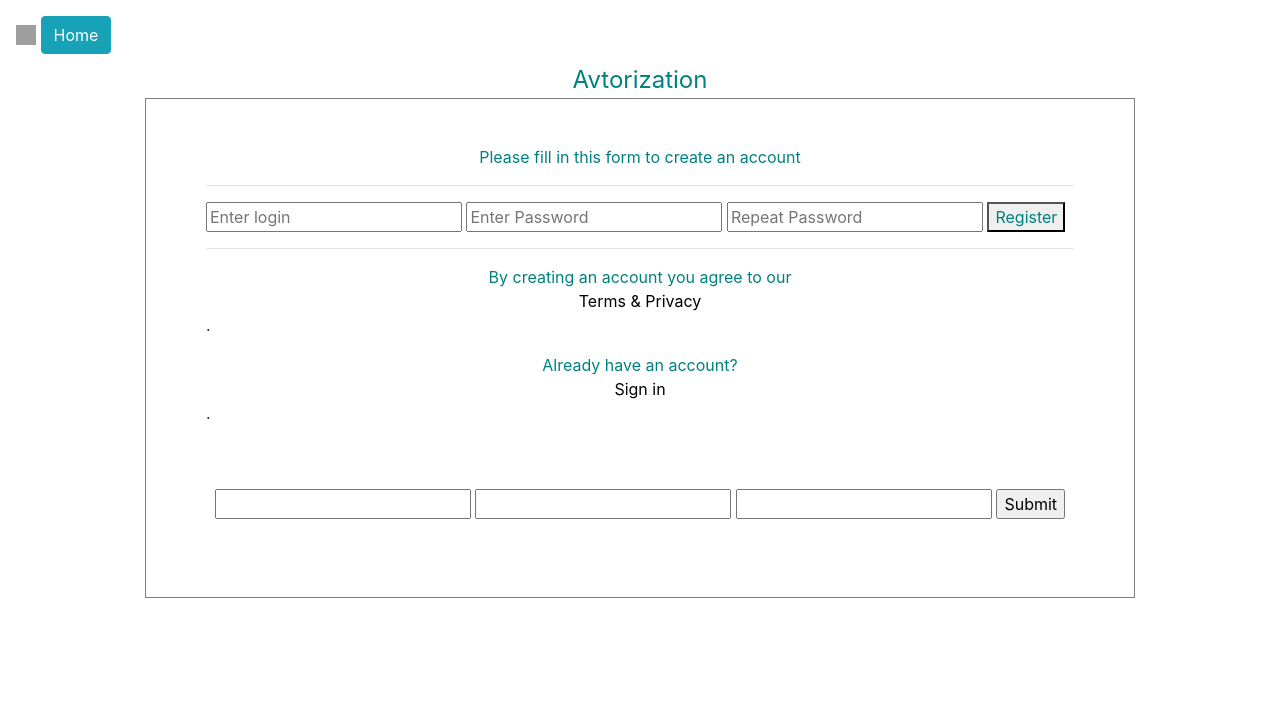
Repository: Serpaton/Work-place
Page: http://localhost/registration
These files come from the project's save history. The page is drawn as it stood at one moment and after the next save; the edit follows.
The browser window is 1280 px wide. The pictures show the whole page.
Pictures or frames that could not be fetched are drawn as grey boxes. The page is this project's Thymeleaf template; nobody is signed in. The template is opened directly, without the code that normally fills it, so the values that code supplies are empty.

Above is the page before, as saved 2020-02-24 22:30:58.
Console error: TypeError: Cannot read properties of undefined (reading 'fn')

### My projects/NewsBlogg/NewsBlogg/src/main/resources/templates/registration.html
<!DOCTYPE html>
<html lang="en" xmlns:th="http://www.thymeleaf.org">
<head>
    <meta charset="utf-8">
    <meta name="viewport" content="width=device-width, initial-scale=1, shrink-to-fit=no">

    <title>Login</title>

    <link rel="stylesheet" href="https://stackpath.bootstrapcdn.com/bootstrap/4.3.1/css/bootstrap.min.css"/>
    <link rel="stylesheet" th:href="@{/css/main.css}"/>
</head>

<body>
<a class="nav-link" href="first"><img src="https://image.flaticon.com/icons/svg/25/25680.svg" width="20" height="20" alt=""> <button type="button" class="btn btn-info">Home</button><span class="sr-only">(current)</span></a>
<font color="#008080" size="+2"><div><center>Avtorization</center></div></a></font>


<table cellpadding="0" cellspacing="0" width="100%" height="100%">
  <tr>
    <td align="center">
      <table cellpadding="30" cellspacing="4" border="1">
        <tr>
          <td>

<main role="main" class="container">

<form action="action_page.php">
<div class="container">
<font color="#008080"><p><center>Please fill in this form to create an account</center></p></font>
<hr>


<input type="text" placeholder="Enter login" name="email" required>


<input type="password" placeholder="Enter Password" name="psw" required>


<input type="password" placeholder="Repeat Password" name="psw-repeat" required>

<button type="submit" class="registerbtn"><font color="#008080">Register</font></button>
<hr>

<p><font color="#008080"><center>By creating an account you agree to our </center><a href="#"></font><font color="#000000"><center>Terms & Privacy</center></font></a>.</p>
</div>

<div class="container signin">
<p><font color="#008080"><center>Already have an account? </center><a href="login"></font><font color="#000000"><center>Sign in</center></font></a>.</p>
</div>
</form>
    <div class="starter-template">
        <form th:action="@{/registration}" th:object="${request}" method="post">
        	<input type="text" name="name" th:field="*{name}"/>
        	<input type="text" name="login" th:field="*{login}"/>
        	<input type="password" name="password" th:field="*{password}"/>
        	<input type="submit"/>
        </form>

    </div>

</main>

<!-- /.container -->

<script type="text/javascript" src="https://stackpath.bootstrapcdn.com/bootstrap/4.3.1/js/bootstrap.min.js"></script>
</body>
</html>

### My projects/NewsBlogg/NewsBlogg/src/main/resources/static/css/main.css
body {
	padding-top: 0.5rem;
}
.starter-template {
	padding: 3rem 1.5rem;
	text-aling: center;
}
h1{
	color:#0000FF;
}
h2{
	color:#FF0000;
}

After the next save:
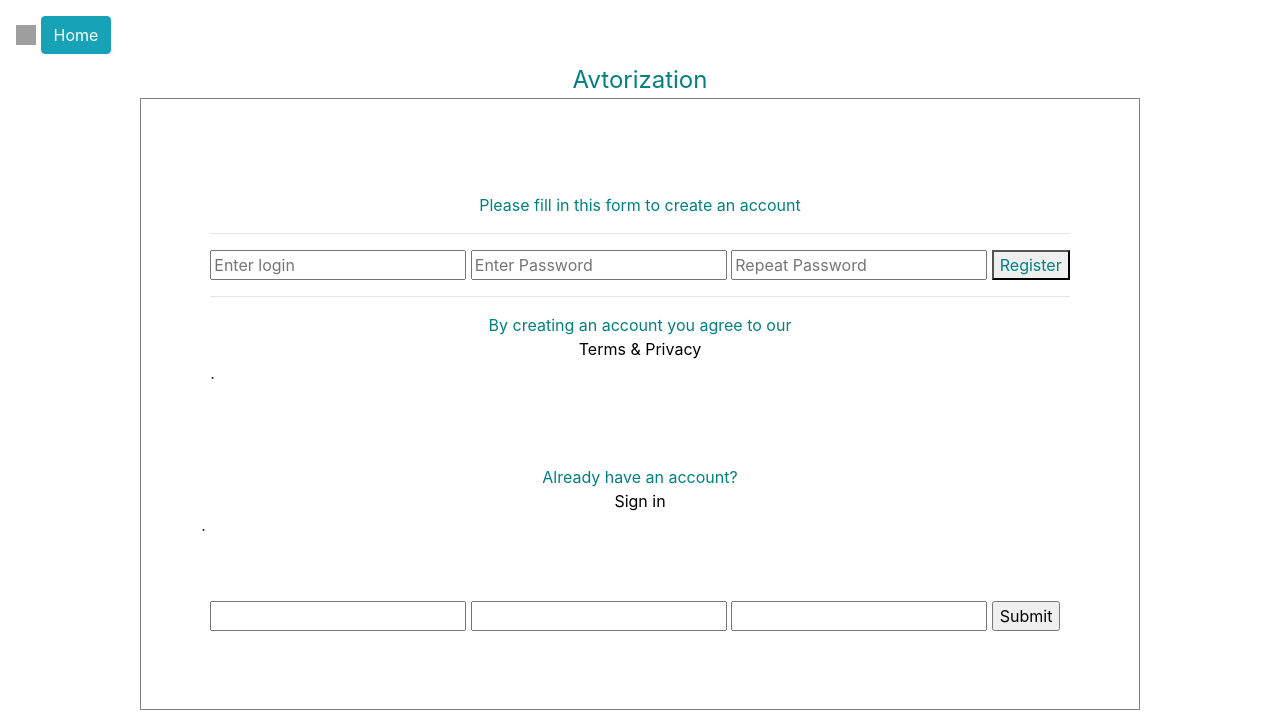
Saved 57 s later.
--- a/My projects/NewsBlogg/NewsBlogg/src/main/resources/templates/registration.html
+++ b/My projects/NewsBlogg/NewsBlogg/src/main/resources/templates/registration.html
@@ -25,7 +25,7 @@
 <main role="main" class="container">
 
 <form action="action_page.php">
-<div class="container">
+ <div class="starter-template">
 <font color="#008080"><p><center>Please fill in this form to create an account</center></p></font>
 <hr>
 

After the 3 saves that followed:
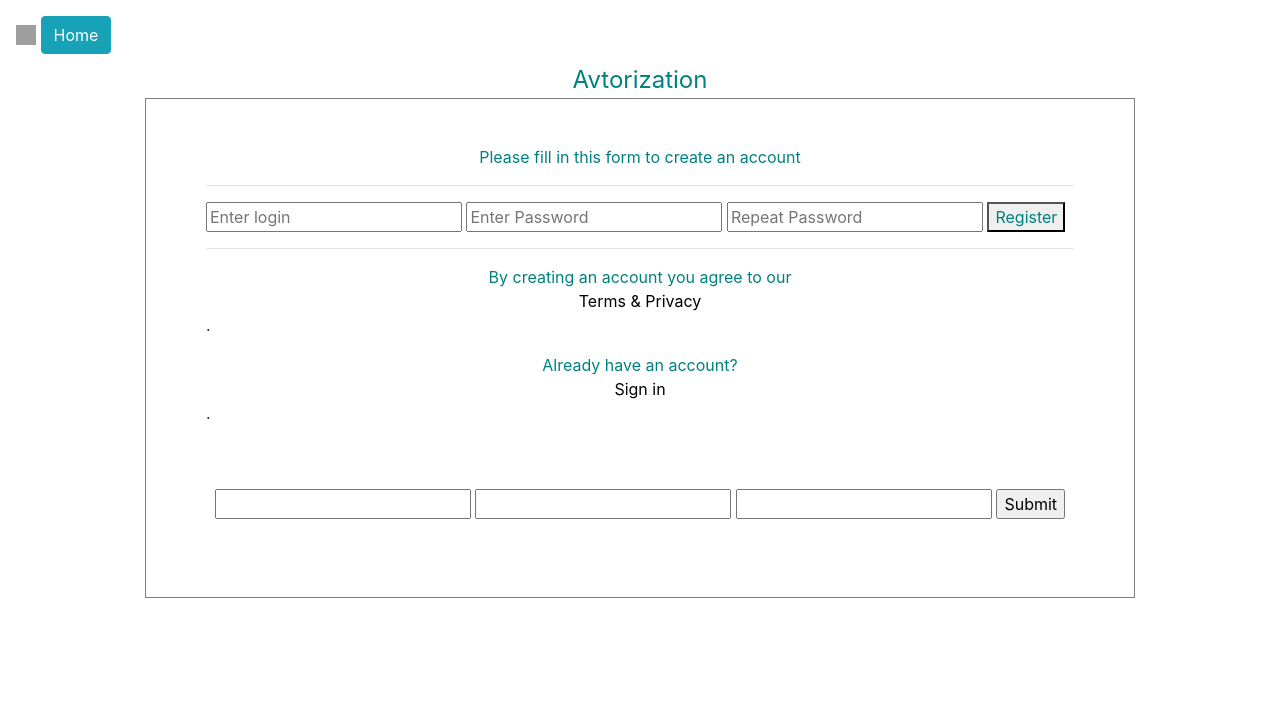
The 3 saves are shown as one change because 2 did not build or start.
The last was saved 2 min 48 s later.
--- a/My projects/NewsBlogg/NewsBlogg/src/main/resources/templates/registration.html
+++ b/My projects/NewsBlogg/NewsBlogg/src/main/resources/templates/registration.html
@@ -25,7 +25,7 @@
 <main role="main" class="container">
 
 <form action="action_page.php">
- <div class="starter-template">
+<div class="container signin">
 <font color="#008080"><p><center>Please fill in this form to create an account</center></p></font>
 <hr>
 
